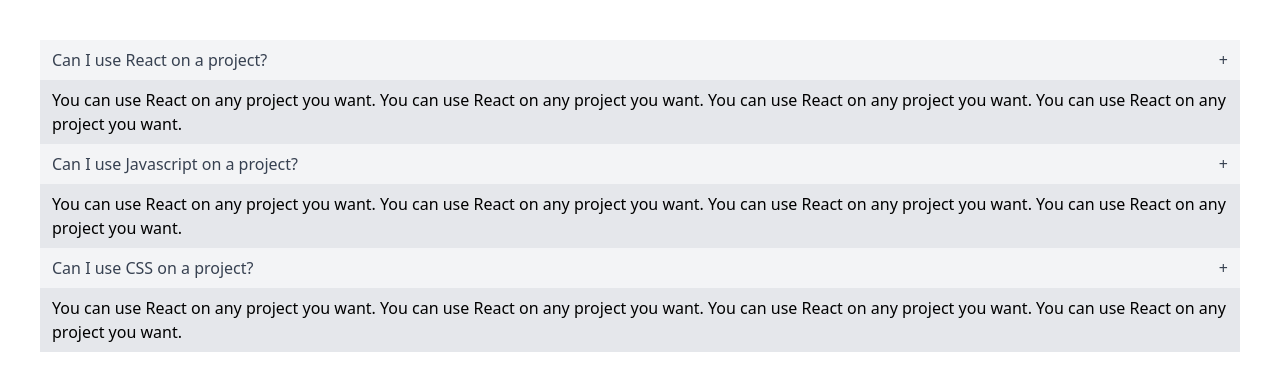
Repository: Marhamat92/reactroutefromstephen
Page: /
The author's editor kept a copy of each file at every save. The page is drawn from the files as they stood at one save, then again after the next save.
The browser window is 1280 px wide. The pictures show the whole page.
The project was rebuilt for these pictures with package versions that can differ from the ones it lists, and the page was loaded fresh each time. Also part of the build but not shown: src/App.css.

Above is the page before, as saved 2022-12-21 21:20:48.

### src/App.tsx
import React from "react";
import "./App.css";
import Accordion from "./components/Accordion/Accordion";

function App() {
  const items = [
    {
      id: "l2kj5",
      label: "Can I use React on a project?",
      content:
        "You can use React on any project you want. You can use React on any project you want. You can use React on any project you want. You can use React on any project you want.",
    },
    {
      id: "lk2j35lkj",
      label: "Can I use Javascript on a project?",
      content:
        "You can use React on any project you want. You can use React on any project you want. You can use React on any project you want. You can use React on any project you want.",
    },
    {
      id: "l1kj2i0g",
      label: "Can I use CSS on a project?",
      content:
        "You can use React on any project you want. You can use React on any project you want. You can use React on any project you want. You can use React on any project you want.",
    },
  ];

  return (
    <div>
      <Accordion items={items} />
    </div>
  );
}

export default App;

### src/components/Accordion/Accordion.tsx
import React from "react";

type Props = {
  items: {
    id: string;
    label: string;
    content: string;
  }[];
};

function Accordion({ items }: Props) {
  const [activeIndex, setActiveIndex] = React.useState(-1);

  const onLabelClick = (index: number) => {
    setActiveIndex((currentIndex) => {
      if (currentIndex === index) {
        return -1;
      }
      return index;
    });
  };

  const renderedItems = items.map((item) => {
    return (
      <React.Fragment key={item.id}>
        <div className='flex items-center justify-between px-3 py-2 bg-gray-100 cursor-pointer'>
          <div onClick={() => onLabelClick} className='text-gray-700 '>
            {item.label}
          </div>
          <div className='text-gray-700'>+</div>
        </div>
        {activeIndex && (
          <div className='px-3 py-2 bg-gray-200'>{item.content}</div>
        )}
      </React.Fragment>
    );
  });

  return <div className='px-10 mt-10'>{renderedItems}</div>;
}

export default Accordion;

Loaded but not shown: public/index.html (common file); src/index.tsx (common file); src/index.css (common file); tailwind.config.js (common file)

After the next save:
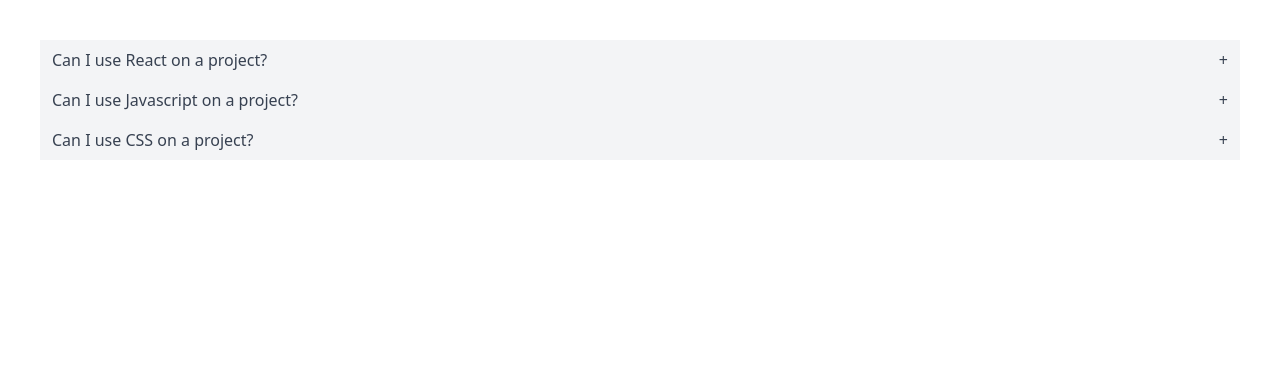
Saved 3 min 41 s later.
--- a/src/components/Accordion/Accordion.tsx
+++ b/src/components/Accordion/Accordion.tsx
@@ -20,7 +20,9 @@
     });
   };
 
-  const renderedItems = items.map((item) => {
+  const renderedItems = items.map((item, index) => {
+    const isExpandid = index === activeIndex;
+
     return (
       <React.Fragment key={item.id}>
         <div className='flex items-center justify-between px-3 py-2 bg-gray-100 cursor-pointer'>
@@ -29,7 +31,7 @@
           </div>
           <div className='text-gray-700'>+</div>
         </div>
-        {activeIndex && (
+        {isExpandid && (
           <div className='px-3 py-2 bg-gray-200'>{item.content}</div>
         )}
       </React.Fragment>
